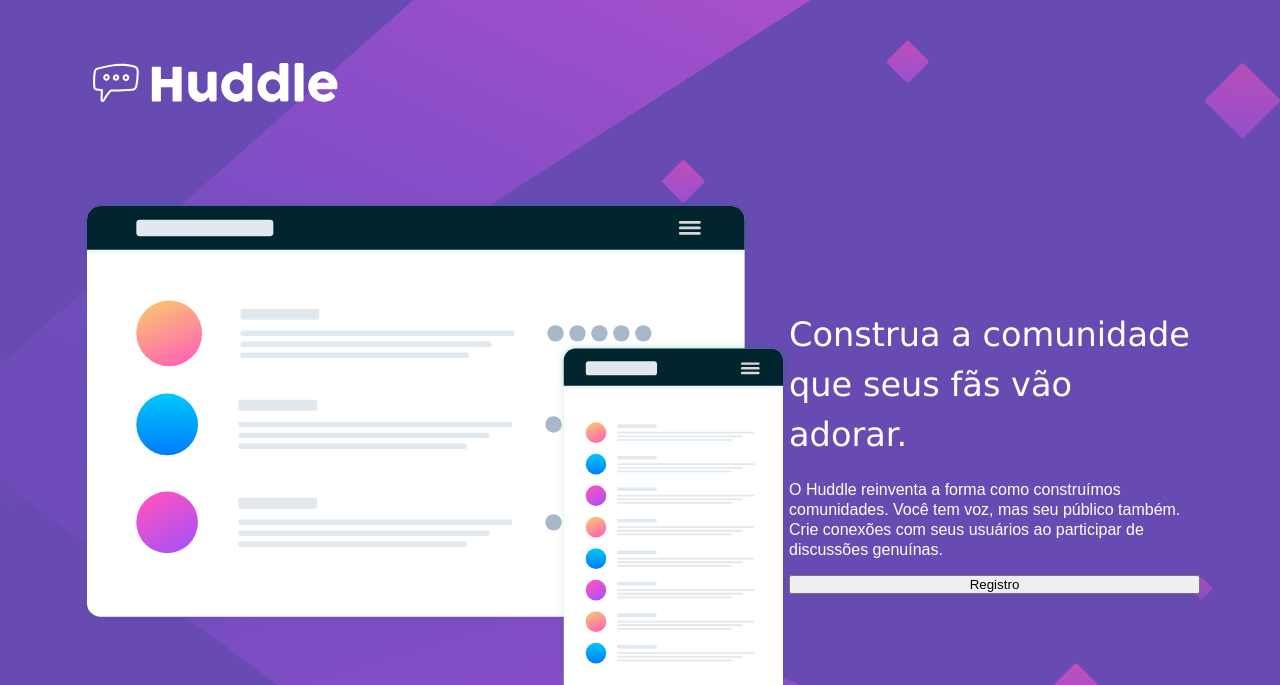
Repository: caique2512/Huddle
Page: index.html
The author's editor kept a copy of each file at every save. The page is drawn from the files as they stood at one save, then again after the next save.
The browser window is 1280 px wide. The pictures show the part of the page from y = 0 to 685 px (the page is 1363 px tall).
A picture or video elsewhere on the page could not be fetched, so the positions and the page height are approximate.

Above is the page before, as saved 2026-02-27 18:05:39.

After the next save:
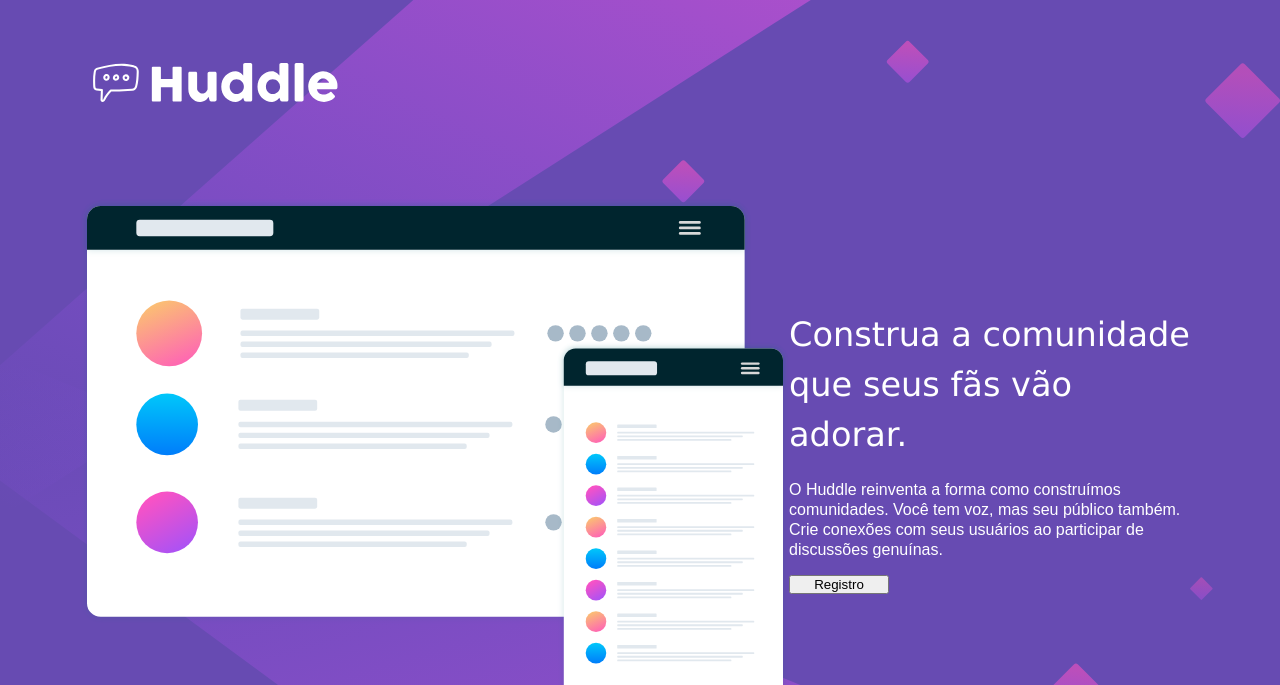
Saved 4 s later.
--- a/src/estilos.css
+++ b/src/estilos.css
@@ -39,5 +39,5 @@
 }
 
 .conteudo .conteudo-principal .btn {
-    wi
+    width: 100px;
 }
